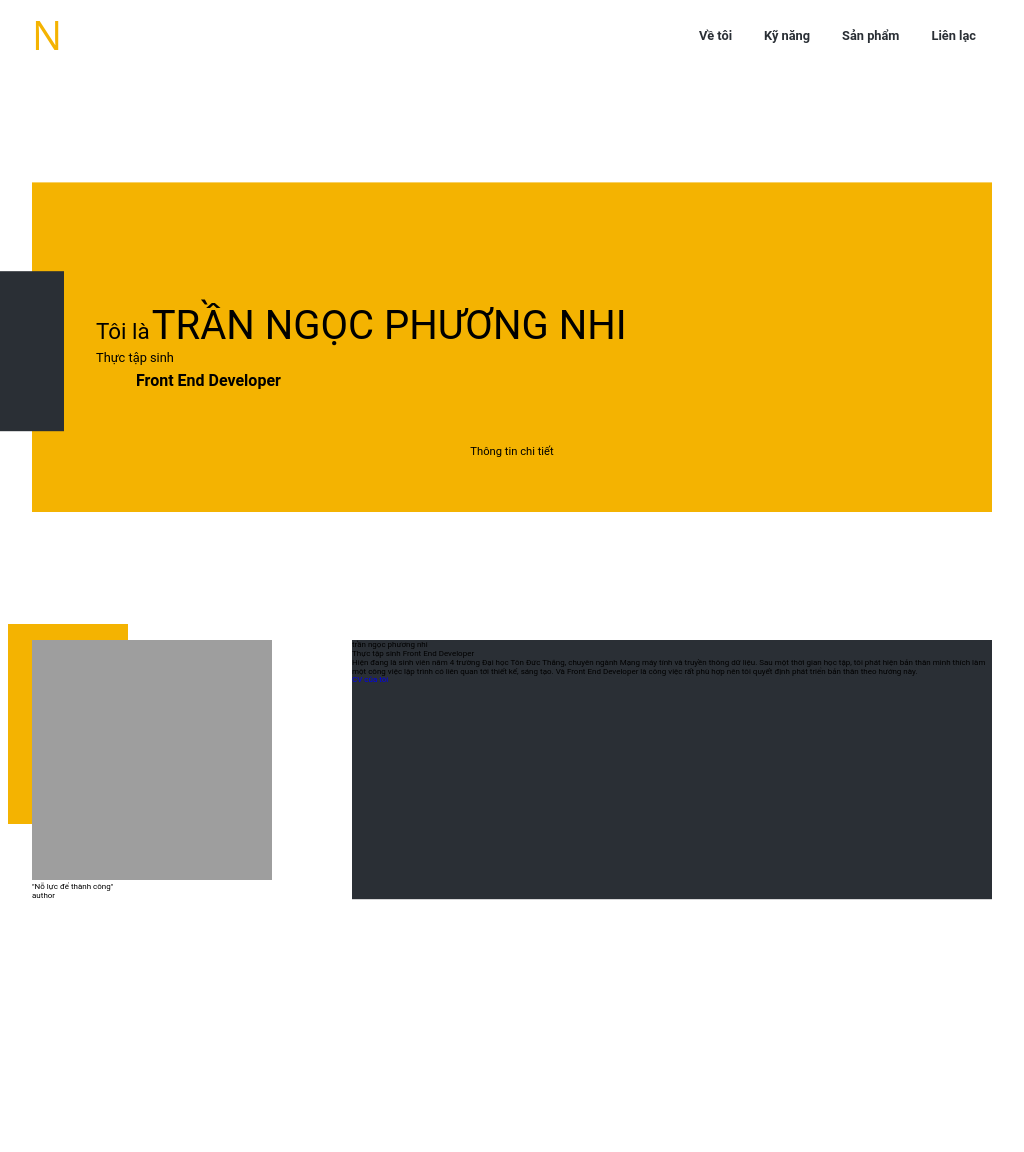
Repository: TranNgocPhuongNhi/my-portfolio
Page: index.html
The author's editor kept a copy of each file at every save. The page is drawn from the files as they stood at one save, then again after the next save.
The browser window is 1280 px wide. The pictures show the whole page, at 80% of full size.
Pictures or frames that could not be fetched are drawn as grey boxes. Some icons come from a web library that is not loaded, so they are not drawn. Some web libraries are served in a nearby version.

Above is the page before, as saved 2021-07-04 16:04:29.

### index.html
<!DOCTYPE html>
<html lang="en">
<head>
    <meta charset="UTF-8">
    <meta http-equiv="X-UA-Compatible" content="IE=edge">
    <meta name="viewport" content="width=device-width, initial-scale=1.0">
    <title>My Portfolio</title>
    <link rel="stylesheet" href="https://pro.fontawesome.com/releases/v5.10.0/css/all.css" integrity="sha384-AYmEC3Yw5cVb3ZcuHtOA93w35dYTsvhLPVnYs9eStHfGJvOvKxVfELGroGkvsg+p" crossorigin="anonymous"/>
    <link rel="stylesheet" href="resources/css/main.css">
    <link rel="stylesheet" href="resources/css/responsive.css">
    <link rel="shortcut icon" href="favicon.ico">
</head>
<body>
    <header id="header">
        <nav class="header__nav">
            <div class="container">
                <div class="header__nav-content">
                    <!-- <img src="" alt="logo"> -->
                    <a href="#index.html" class="header__nav-logo">N</a>
                    <ul class="header__nav-list">
                        <li class="nav-item"><a href="#about">Về tôi</a></li>
                        <li class="nav-item"><a href="#skills">Kỹ năng</a></li>
                        <li class="nav-item"><a href="#products">Sản phẩm</a></li>
                        <li class="nav-item"><a href="#contact">Liên lạc</a></li>
                    </ul>
                </div>
            </div>
        </nav>
        <div class="container">
            <div class="header__info">
                <div class="header__info-content">
                    <div class="header__info-name">
                        <span>Tôi là</span>
                        <span class="header__info-fullname">trần ngọc phương nhi</span>
                    </div>
                    <div class="header__info-specialize">
                        <p>Thực tập sinh</p>
                        <p>Front End Developer</p>
                    </div>
                </div>
                <div class="header__info-more">
                    <p>Thông tin chi tiết</p>
                    <div class="header__info-down">
                        <a href="#about">
                            <i class="fal fa-chevron-double-down"></i>
                        </a>
                    </div>
                </div>
            </div>
        </div>

    </header>

    <!-- About me -->
    <section id="about">
        <div class="container">
            <div class="row">
                <div class="col-1-3 about__avatar">
                    <img src="https://media-cdn.laodong.vn/Storage/NewsPortal/2021/2/13/880159/Vuong-Bat-Bac-9.png" alt="my avatar" />
                    <div class="about__quote">
                        <p>"Nỗ lực để thành công"</p>
                        <p>author</p>
                    </div>
                </div>
                <div class="col-3-1 about__content">
                    <div class="about__info">
                        <p>trần ngọc phương nhi</p>
                        <p>Thực tập sinh Front End Developer</p>
                    </div>
                    <p class="about__text">
                        Hiện đang là sinh viên năm 4 trường Đại học  Tôn Đức Thắng,
                        chuyên ngành Mạng máy tính và truyền thông dữ liệu. Sau một
                        thời gian học tập, tôi phát hiện bản thân mình thích làm một
                        công việc lập trình có liên quan tới thiết kế, sáng tạo. Và Front
                        End Developer là công việc rất phù hợp nên tôi quyết định phát
                        triển bản thân theo hướng này.
                    </p>
                    <a href="#" class="about__CV">CV của tôi</a>
                </div>
            </div>
        </div>
    </section>

</body>
</html>

### resources/css/main.css
:root {
    --primary1: #F4B301;
    --primary2: #2A2F35;
    --secondary: #F7F7F7;
    --white: #fff;
    --footer: #3B4046;
}

html {
    font-size: 62.5%;
    font-family: "Roboto", "Helvetica Neue", sans-serif;
    scroll-behavior: smooth;
}

* {
    padding: 0;
    margin: 0;
    box-sizing: border-box;
}

ul, li {
    list-style: none;
}

a {
    text-decoration: none;
}

.container {
    width: 120rem;
    max-width: 100%;
    margin: 0 auto;
}

.row {
    display: flex;
    position: relative;
}

.col-1-3 {
    width: calc(100% / 3);
}

.col-3-1 {
    width: calc(100% * 2 / 3);
}

/* ========================================= HEADER ============================= */
#header {
    height: 100vh;
    position: relative;
}

/* Scroll nav */
.nav-scroll {
    background-color: var(--white);
    box-shadow: 0 0.3rem 1.5rem rgba(0, 0, 0, 0.2);
}

.header__nav {
    padding: 1rem 0;
}

.header__nav-content {
    display: flex;
    justify-content: space-between;
    align-items: center;
}

.header__nav-logo {
    font-size: 5rem;
    font-family: 'Open Sans';
    color: var(--primary1);
}

.header__nav-list {
    display: flex;
}

.nav-item {
    padding: 0 2rem;
}

.nav-item a{
    font-size: 1.6rem;
    font-weight: 600;
    color: var(--primary2);
}

.nav-item a:hover {
    border-bottom: 0.3rem solid var(--primary1);
    animation: toRight 0.4s ease;
}

.header__info {
    background-color: var(--primary1);
    padding: 15rem 8rem;
    position: relative;
    top: 14rem;
}

.header__info::before {
    content: '';
    display: block;
    width: 8rem;
    height: 20rem;
    background-color: var(--primary2);
    position: absolute;
    top: 27%;
    left: -4rem;
}

.header__info-name span:first-child{
    font-size: 2.8rem;
}

.header__info-fullname {
    font-size: 5rem;
    text-transform: uppercase;
}

.header__info-specialize {
    line-height: 1.5;
}

.header__info-specialize p:first-child {
    font-size: 1.6rem;
}

.header__info-specialize p:last-child {
    font-size: 2rem;
    font-weight: bold;
    margin-left: 5rem;
}

.header__info-more {
    text-align: center;
    font-size: 1.4rem;
    line-height: 2;
    position: absolute;
    top: 85%;
    left: 50%;
    transform: translate(-50%, -50%);
}

.header__info-down:hover {
    width: 5rem;
    height: 5rem;
    line-height: 3.5;
    border-radius: 50%;
    border: 2px solid var(--white);
    margin: 0 auto;
    cursor: pointer;
}

.fa-chevron-double-down {
    color: var(--white);
}

/* =========================================== ABOUT ME ====================================== */
#about {
    height: 100vh;
}

.about__avatar,
.about__content {
    margin: 8rem 0;
}

.about__avatar img {
    width: 30rem;
    height: 30rem;
}

.about__avatar::before {
    content: '';
    display: block;
    width: 15rem;
    height: 25rem;
    background-color: var(--primary1);
    position: absolute;
    top: 6rem;
    left: -3rem;
    z-index: -1;
}

.about__content {
    background-color: var(--primary2);
}

/* =========================================== MY SKILLS ====================================== */



/* =========================================== MY PRODUCTS ====================================== */



/* =========================================== CONTACT ME ====================================== */



/* =========================================== ANIMATION ====================================== */
@keyframes toRight {
    0% {
        /* opacity: 0; */
        transform: translateX(-100%);
    }
    100% {
        /* opacity: 1; */
        transform: translateX(0%);
    }
}

### resources/css/responsive.css

/* Large devices (desktops, less than 1200px) */
@media (max-width: 1199.98px) {

}

/* Medium devices (tablets, less than 992px) */
@media (max-width: 991.98px) {

}

/* Small devices (landscape phones, less than 768px) */
@media (max-width: 767.98px) {

}

/* Extra small devices (portrait phones, less than 576px) */
@media (max-width: 575.98px) {

}

After the next save:
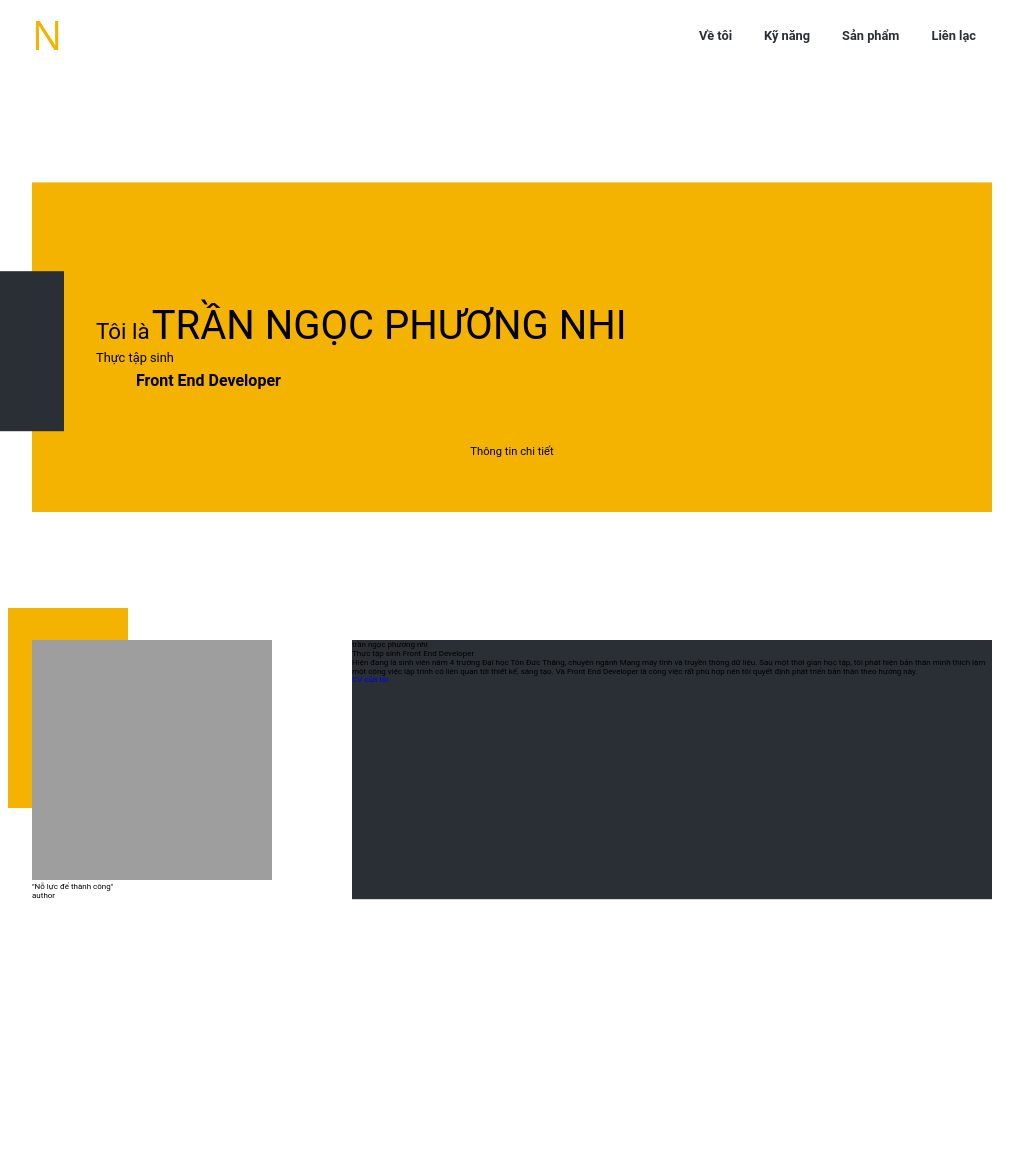
Saved 7 s later.
--- a/resources/css/main.css
+++ b/resources/css/main.css
@@ -179,7 +179,7 @@ a {
     height: 25rem;
     background-color: var(--primary1);
     position: absolute;
-    top: 6rem;
+    top: 4rem;
     left: -3rem;
     z-index: -1;
 }
